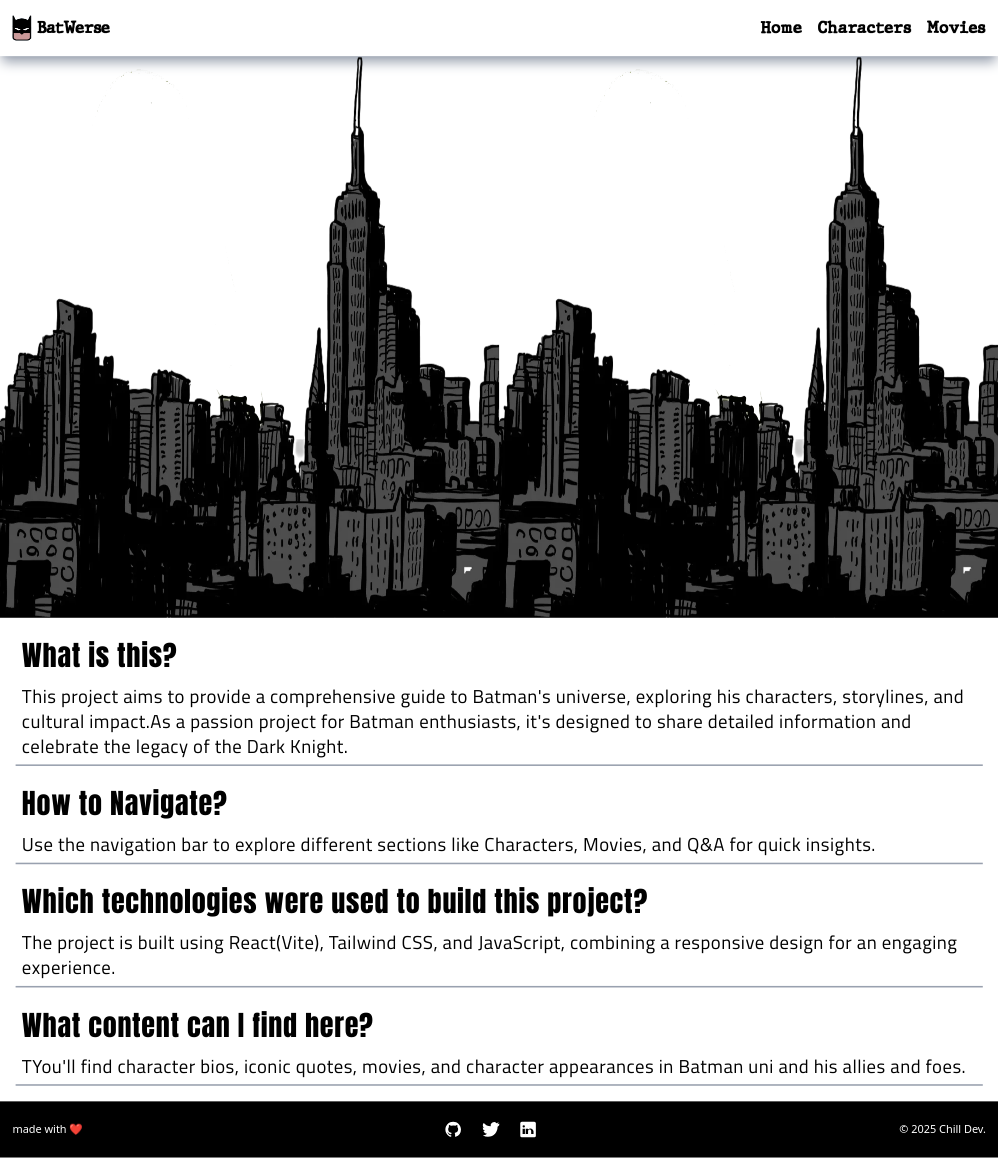
Repository: pgyunknown/project_Batman
Page: /
An editor plug-in stored every save of this project. The page is shown before and after the next save, followed by the edit.
The browser window is 1280 px wide. The pictures show the whole page, at 78% of full size.
Some web fonts or font styles are not loaded; a fallback is used. The project was rebuilt for these pictures with package versions that can differ from the ones it lists, and the page was loaded fresh each time. Also part of the build but not shown: vite.config.js, src/components/PopUp.jsx, src/pages/Characters.jsx, src/pages/Movies.jsx.

Above is the page before, as saved 2025-03-19 21:53:32.

After the next save:
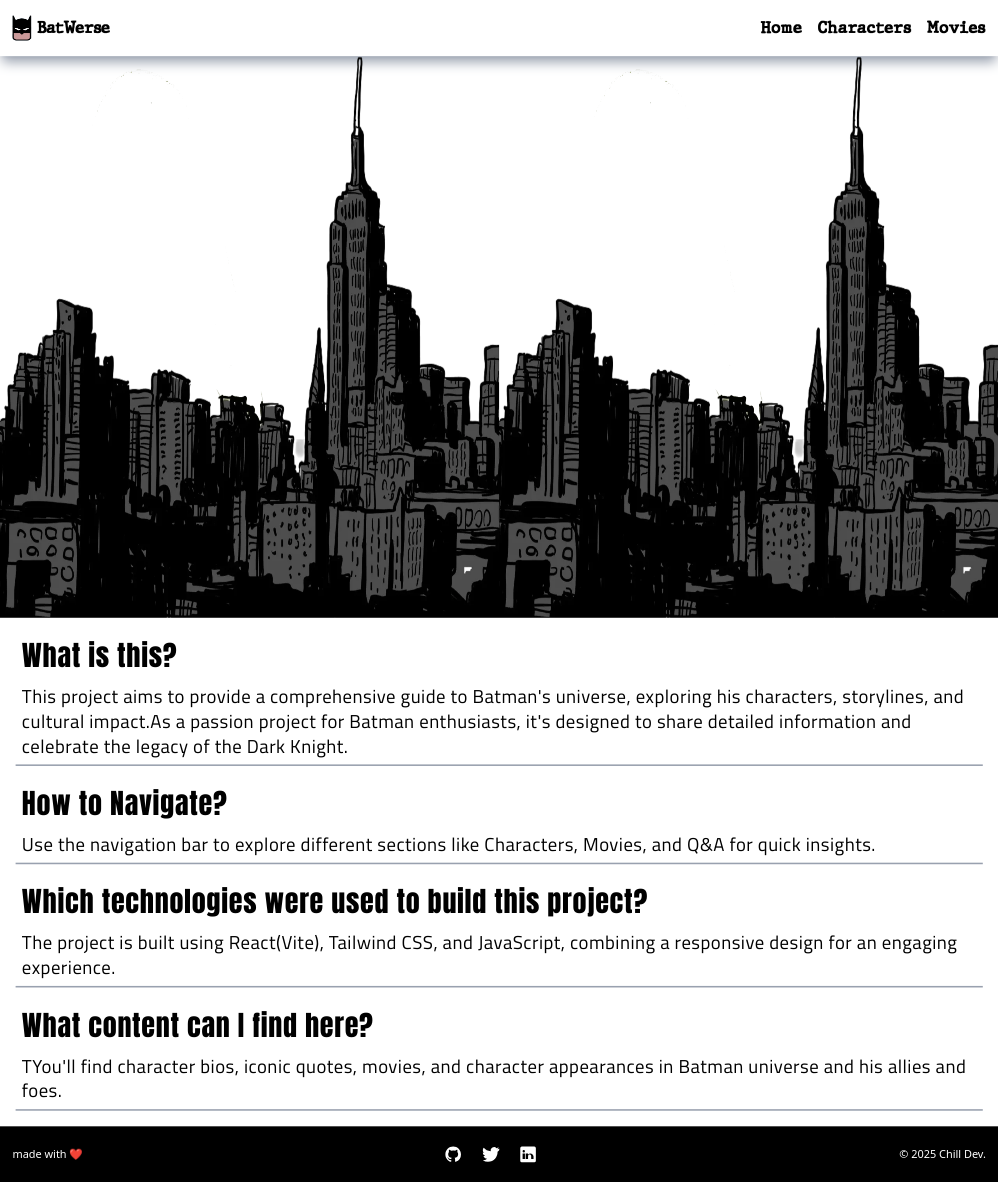
Saved 11 s later.
--- a/src/pages/Home.jsx
+++ b/src/pages/Home.jsx
@@ -30,7 +30,7 @@
             <div className='sm:my-5 sm:mx-5'>
         <h1 className='sm:text-4xl sm:p-2 text-5xl font-anton tracking-wide'>What content can I find here?</h1>
         <p className='sm:text-2xl sm:p-2 text-sm tracking-wide font-web border-b-2 border-gray-400'>
-          TYou'll find character bios, iconic quotes, movies, and character appearances in Batman uni and his allies and foes.
+          TYou'll find character bios, iconic quotes, movies, and character appearances in Batman universe and his allies and foes.
 
         </p>
       </div>
